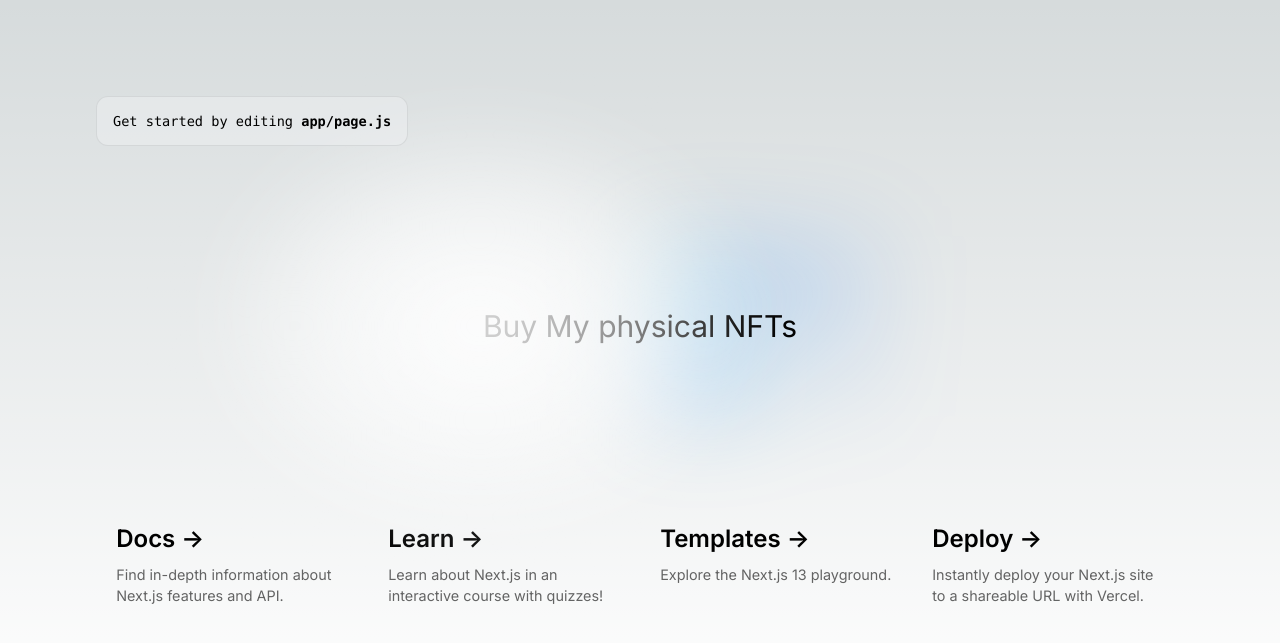
Repository: Seva2705/stripe-nextjs
Page: /
These files come from the project's save history. The page is drawn as it stood at one moment and after the next save; the edit follows.
The browser window is 1280 px wide. The pictures show the whole page.
The project was rebuilt for these pictures with package versions that can differ from the ones it lists, and the page was loaded fresh each time. The framework's server and built-in components were replaced by stand-ins that run in the browser. Also part of the build but not shown: next.config.js.

Above is the page before, as saved 2023-10-31 22:47:50.

After the next save:
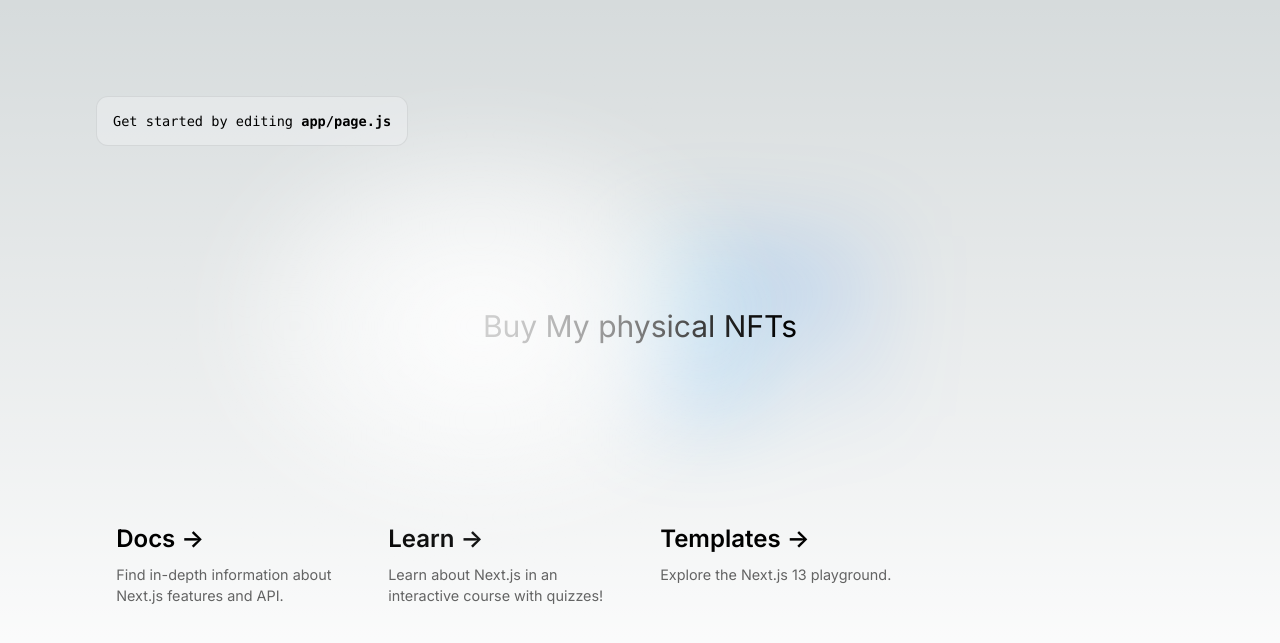
Saved 38 s later.
--- a/app/page.js
+++ b/app/page.js
@@ -57,19 +57,7 @@ export default function Home() {
           <p>Explore the Next.js 13 playground.</p>
         </a>
 
-        <a
-          href="https://vercel.com/new?utm_source=create-next-app&utm_medium=appdir-template&utm_campaign=create-next-app"
-          className={styles.card}
-          target="_blank"
-          rel="noopener noreferrer"
-        >
-          <h2>
-            Deploy <span>-&gt;</span>
-          </h2>
-          <p>
-            Instantly deploy your Next.js site to a shareable URL with Vercel.
-          </p>
-        </a>
+
       </div>
     </main>
   )
